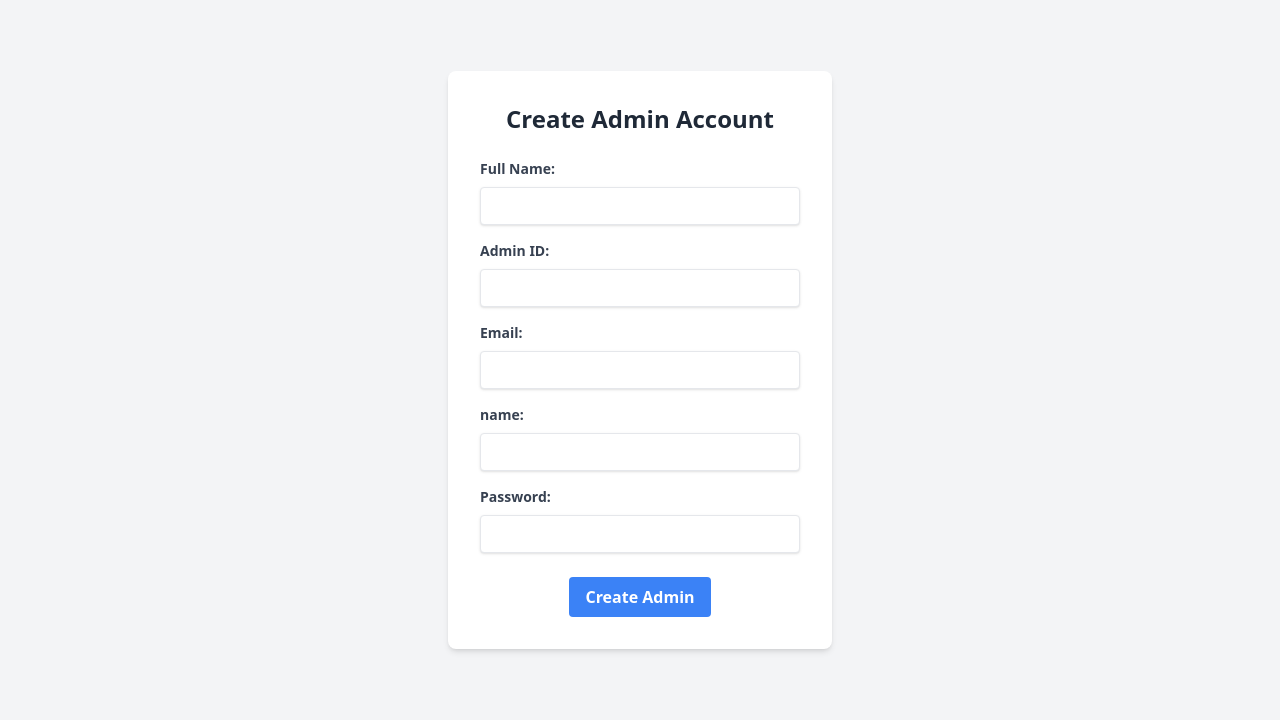
Repository: AsirAl-Anan/php-eccomerce
Page: http://localhost/admin/create_admin.php
The author's editor kept a copy of each file at every save. The page is drawn from the files as they stood at one save, then again after the next save.
The browser window is 1280 px wide. The pictures show the whole page.
Some web libraries are served in a nearby version. The page is run by PHP 8.4 with error messages shown; the project is at /var/www/html/.

Above is the page before, as saved 2024-08-27 13:42:09.

After the next save:
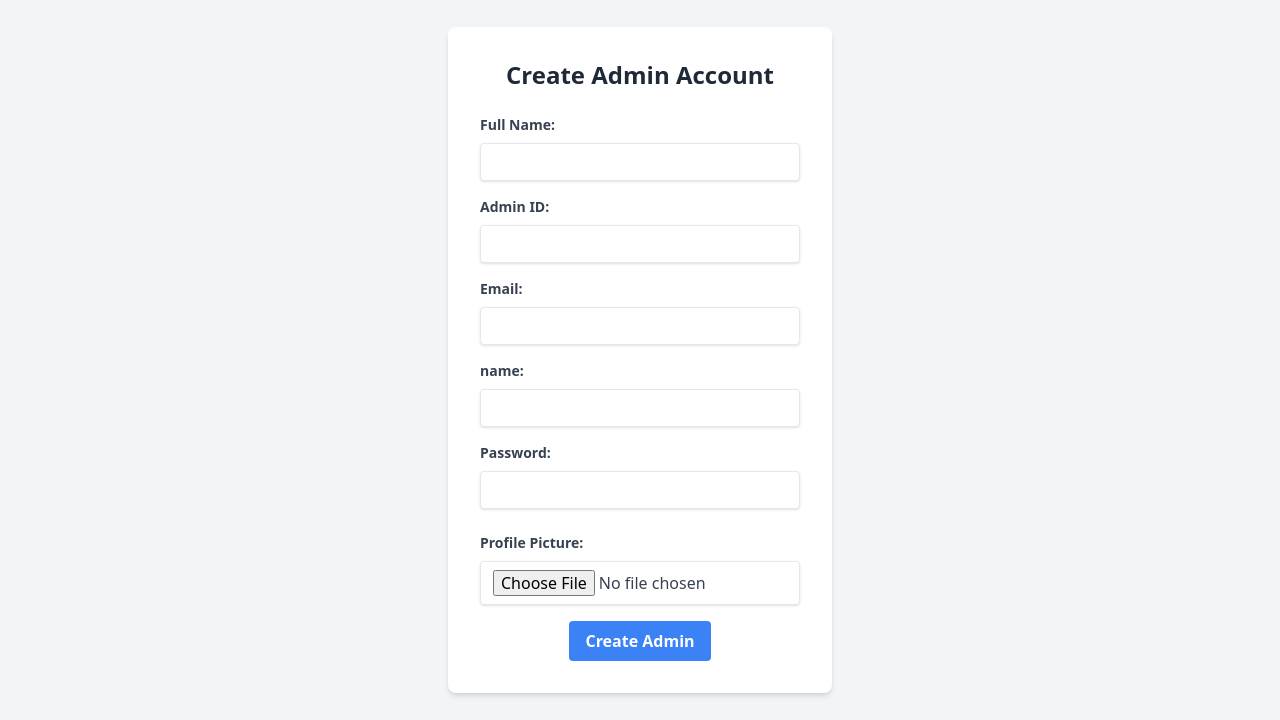
Saved 3 min 48 s later.
--- a/admin/create_admin.php
+++ b/admin/create_admin.php
@@ -77,7 +77,11 @@ if ($_SERVER["REQUEST_METHOD"] == "POST") {
                     <input type="password" id="password" name="password" required
                            class="shadow appearance-none border rounded w-full py-2 px-3 text-gray-700 leading-tight focus:outline-none focus:shadow-outline">
                 </div>
-
+                <div class="mb-4">
+    <label for="profile_picture" class="block text-gray-700 text-sm font-bold mb-2">Profile Picture:</label>
+    <input type="file" id="profile_picture" name="profile_picture" accept="image/*"
+           class="shadow appearance-none border rounded w-full py-2 px-3 text-gray-700 leading-tight focus:outline-none focus:shadow-outline">
+</div>
                 <div class="flex items-center justify-center">
                     <input type="submit" value="Create Admin"
                            class="bg-blue-500 hover:bg-blue-700 text-white font-bold py-2 px-4 rounded focus:outline-none focus:shadow-outline cursor-pointer">
